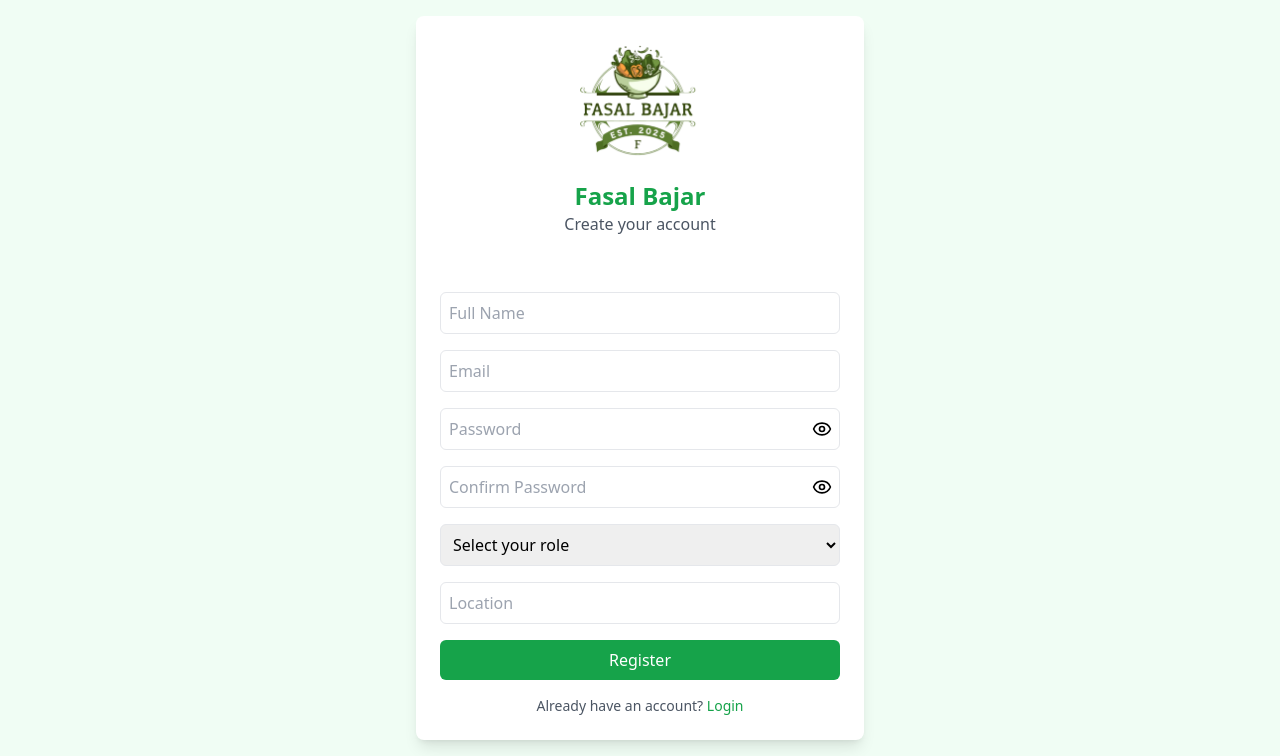
Repository: Dineshbhandari2023/FYP_Fasal_Bajar
Page: /register (app in Client/)
The author's editor kept a copy of each file at every save. The page is drawn from the files as they stood at one save, then again after the next save.
The browser window is 1280 px wide. The pictures show the whole page.
The project was rebuilt for these pictures with package versions that can differ from the ones it lists, and the page was loaded fresh each time. Also part of the build but not shown: Client/vite.config.js, Client/src/Authentication/logIn.jsx, Client/src/Dashboard/dashboard.jsx.

Above is the page before, as saved 2025-02-17 19:53:12.

### Client/index.html
<!DOCTYPE html>
<html lang="en">
  <head>
    <meta charset="UTF-8" />
    <link rel="icon" type="image/svg+xml" href="/vite.svg" />
    <meta name="viewport" content="width=device-width, initial-scale=1.0" />
    <title>Vite + React</title>
    <style>
      @import url("https://fonts.googleapis.com/css2?family=Montserrat:ital@0;1&display=swap");
    </style>
  </head>
  <body>
    <div id="root"></div>
    <script type="module" src="/src/main.jsx"></script>
  </body>
</html>

### Client/src/App.jsx
import React from "react";
import { BrowserRouter as Router, Routes, Route } from "react-router-dom";
import Login from "./Authentication/Login";
import Dashboard from "./Dashboard/dashboard";
import Register from "./Authentication/Register";
// import Home from "./Home/home";

const App = () => {
  return (
    <Router>
      <div>
        <Routes>
          <Route path="/" element={<Dashboard />} />
          <Route path="/login" element={<Login />} />
          <Route path="/register" element={<Register />} />
          {/* <Route path="/dashboard" element={<Home />} /> */}
        </Routes>
      </div>
    </Router>
  );
};

export default App;

### Client/src/Authentication/Register.jsx
import React, { useState } from "react";
import { Eye, EyeOff } from "lucide-react";
import axios from "axios";
import { useNavigate } from "react-router-dom";
import logo from "../Assets/auth_logo.png";

const Register = () => {
  const [formData, setFormData] = useState({
    fullName: "",
    email: "",
    password: "",
    confirmPassword: "",
    role: "",
    location: "",
  });
  const [errors, setErrors] = useState({});
  const [showPassword, setShowPassword] = useState(false);
  const [showConfirmPassword, setShowConfirmPassword] = useState(false);
  const navigate = useNavigate();

  const validateForm = () => {
    const newErrors = {};
    if (!formData.fullName.trim()) newErrors.fullName = "Full name is required";
    const emailRegex = /^[^\s@]+@[^\s@]+\.[^\s@]+$/;
    if (!formData.email) newErrors.email = "Email is required";
    else if (!emailRegex.test(formData.email))
      newErrors.email = "Invalid email";
    if (!formData.password) newErrors.password = "Password is required";
    else if (formData.password.length < 8)
      newErrors.password = "Password must be at least 8 characters";
    if (!formData.confirmPassword)
      newErrors.confirmPassword = "Please confirm your password";
    else if (formData.password !== formData.confirmPassword)
      newErrors.confirmPassword = "Passwords do not match";
    if (!formData.role) newErrors.role = "Please select a role";
    if (!formData.location.trim()) newErrors.location = "Location is required";

    setErrors(newErrors);
    return Object.keys(newErrors).length === 0;
  };

  const handleChange = (e) => {
    const { name, value } = e.target;
    setFormData((prev) => ({ ...prev, [name]: value }));
    if (errors[name]) setErrors((prev) => ({ ...prev, [name]: "" }));
  };

  const handleSubmit = async (e) => {
    e.preventDefault();
    if (!validateForm()) return;

    try {
      const response = await axios.post(
        "http://localhost:8000/register",
        formData,
        {
          headers: { "Content-Type": "application/json" },
        }
      );
      if (response.status === 201) {
        alert("User registered successfully!");
        navigate("/login");
      }
    } catch (error) {
      setErrors({
        apiError:
          error.response?.data?.message ||
          "Registration failed. Try again later.",
      });
    }
  };

  return (
    <div className="min-h-screen bg-green-50 flex items-center justify-center p-4">
      <div className="bg-white rounded-lg shadow-lg p-6 w-full max-w-md">
        <div className="flex flex-col items-center mb-8">
          <div className="text-green-600 mb-3 h-32 w-32">
            <img src={logo} alt="fasal_Bajar logo" />
          </div>
          <h1 className="text-2xl font-semibold text-green-600 text-center">
            Fasal Bajar
          </h1>
          <p className="text-gray-600 text-center mb-6">Create your account</p>
        </div>
        <form onSubmit={handleSubmit} className="space-y-4">
          <input
            type="text"
            name="fullName"
            value={formData.fullName}
            onChange={handleChange}
            placeholder="Full Name"
            className="w-full p-2 border rounded-md"
          />
          {errors.fullName && (
            <p className="text-red-500 text-xs">{errors.fullName}</p>
          )}
          <input
            type="email"
            name="email"
            value={formData.email}
            onChange={handleChange}
            placeholder="Email"
            className="w-full p-2 border rounded-md"
          />
          {errors.email && (
            <p className="text-red-500 text-xs">{errors.email}</p>
          )}
          <div className="relative">
            <input
              type={showPassword ? "text" : "password"}
              name="password"
              value={formData.password}
              onChange={handleChange}
              placeholder="Password"
              className="w-full p-2 border rounded-md"
            />
            <button
              type="button"
              onClick={() => setShowPassword(!showPassword)}
              className="absolute right-2 top-1/2 transform -translate-y-1/2"
            >
              {showPassword ? <EyeOff size={20} /> : <Eye size={20} />}
            </button>
          </div>
          {errors.password && (
            <p className="text-red-500 text-xs">{errors.password}</p>
          )}
          <div className="relative">
            <input
              type={showConfirmPassword ? "text" : "password"}
              name="confirmPassword"
              value={formData.confirmPassword}
              onChange={handleChange}
              placeholder="Confirm Password"
              className="w-full p-2 border rounded-md"
            />
            <button
              type="button"
              onClick={() => setShowConfirmPassword(!showConfirmPassword)}
              className="absolute right-2 top-1/2 transform -translate-y-1/2"
            >
              {showConfirmPassword ? <EyeOff size={20} /> : <Eye size={20} />}
            </button>
          </div>
          {errors.confirmPassword && (
            <p className="text-red-500 text-xs">{errors.confirmPassword}</p>
          )}
          <select
            name="role"
            value={formData.role}
            onChange={handleChange}
            className="w-full p-2 border rounded-md"
          >
            <option value="">Select your role</option>
            <option value="Farmer">Farmer</option>
            <option value="Buyer">Buyer</option>
          </select>
          {errors.role && <p className="text-red-500 text-xs">{errors.role}</p>}
          <input
            type="text"
            name="location"
            value={formData.location}
            onChange={handleChange}
            placeholder="Location"
            className="w-full p-2 border rounded-md"
          />
          {errors.location && (
            <p className="text-red-500 text-xs">{errors.location}</p>
          )}
          {errors.apiError && (
            <p className="text-red-500 text-xs">{errors.apiError}</p>
          )}
          <button
            type="submit"
            className="w-full bg-green-600 text-white py-2 rounded-md hover:bg-green-700"
          >
            Register
          </button>
        </form>
        <p className="text-center mt-4 text-sm text-gray-600">
          Already have an account?{" "}
          <a href="/login" className="text-green-600 hover:text-green-700">
            Login
          </a>
        </p>
      </div>
    </div>
  );
};

export default Register;

Loaded but not shown: Client/src/main.jsx (common file); Client/src/index.css (common file); Client/tailwind.config.js (common file)

After the next save:
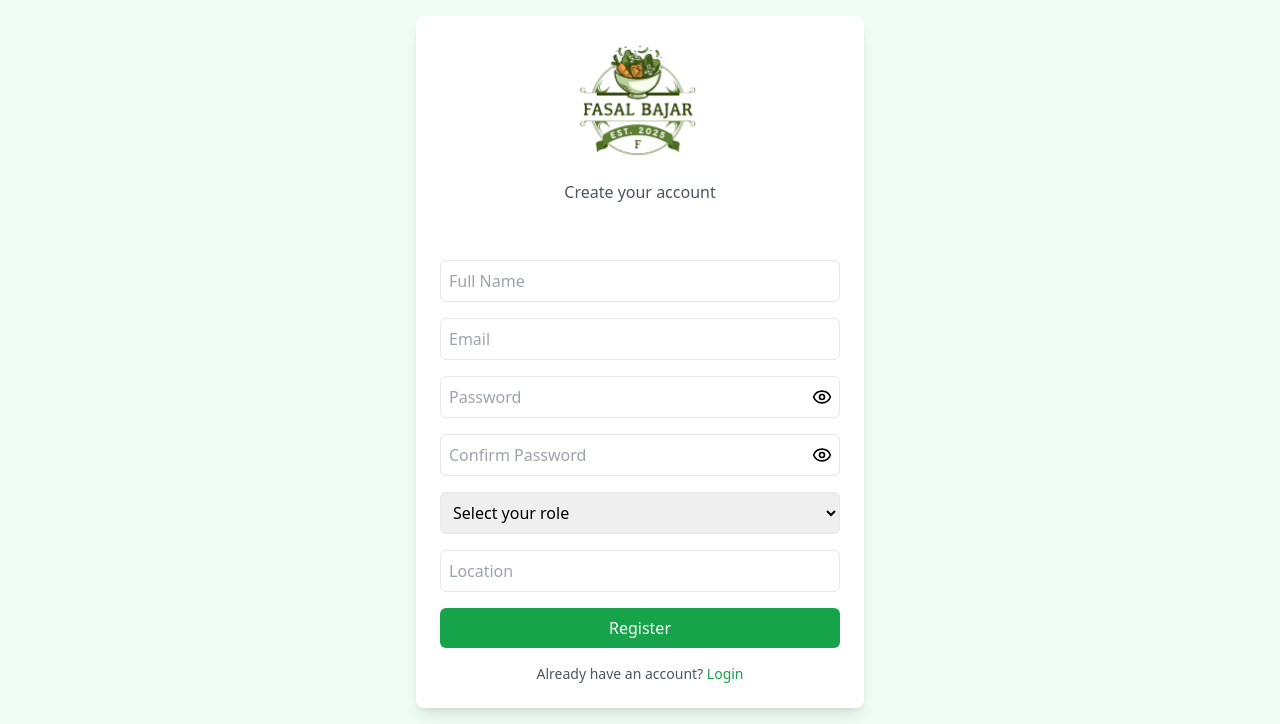
Saved 8 s later.
--- a/Client/src/Authentication/Register.jsx
+++ b/Client/src/Authentication/Register.jsx
@@ -77,9 +77,6 @@
           <div className="text-green-600 mb-3 h-32 w-32">
             <img src={logo} alt="fasal_Bajar logo" />
           </div>
-          <h1 className="text-2xl font-semibold text-green-600 text-center">
-            Fasal Bajar
-          </h1>
           <p className="text-gray-600 text-center mb-6">Create your account</p>
         </div>
         <form onSubmit={handleSubmit} className="space-y-4">
